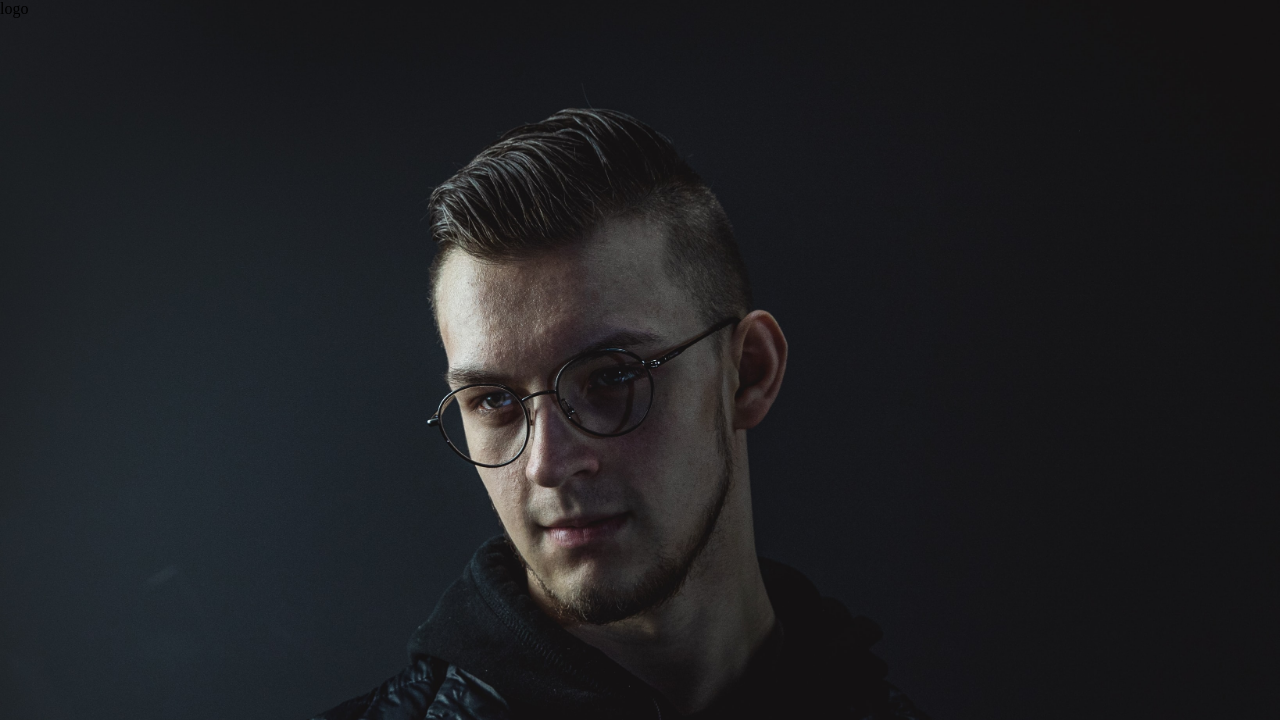
Repository: linco6054/simple-html
Page: index.html
The author's editor kept a copy of each file at every save. The page is drawn from the files as they stood at one save, then again after a run of saves.
The browser window is 1280 px wide. The pictures show the whole page.

Above is the page before, as saved 2021-08-16 15:31:53.

### index.html
<!DOCTYPE html>
<html lang="en">
  <head>
    <meta charset="UTF-8" />
    <meta http-equiv="X-UA-Compatible" content="IE=edge" />
    <meta name="viewport" content="width=device-width, initial-scale=1.0" />
    <link rel="stylesheet" href="style.css" />
    <title>Lincoln</title>
  </head>
  <body>
    <section class="sec1">
      <nav>
        <span>logo</span>
        <ul>

        </ul>
      </nav>
    </section>
  </body>
</html>

### style.css
* {
  margin: 0;
  padding: 0;
}
body {
  max-width: 100%;
  height: auto;
  overflow: hidden;
}
section {
  height: 100vh;
  width: 100%;
  overflow: hidden;
}
/* ================================Sectiion 1================================== */
.sec1 {
  background-image: url("./images/bg.jpg");
  background-size: cover;
  background-repeat: no-repeat;
}

After the next 4 saves:
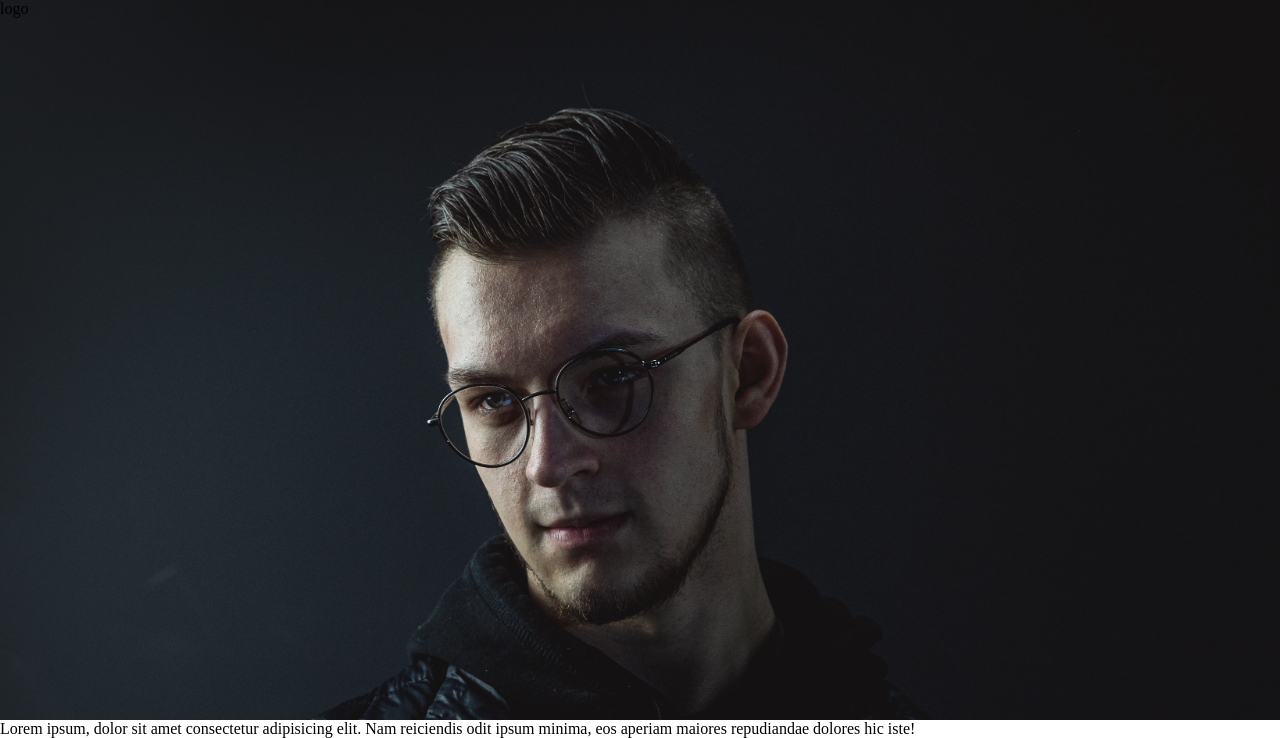
The 4 saves are shown as one change because they came seconds apart.
The last was saved 21 s later.
--- a/index.html
+++ b/index.html
@@ -11,10 +11,13 @@
     <section class="sec1">
       <nav>
         <span>logo</span>
-        <ul>
-
-        </ul>
+        <ul></ul>
       </nav>
     </section>
+
+    <p>
+      Lorem ipsum, dolor sit amet consectetur adipisicing elit. Nam reiciendis
+      odit ipsum minima, eos aperiam maiores repudiandae dolores hic iste!
+    </p>
   </body>
 </html>
